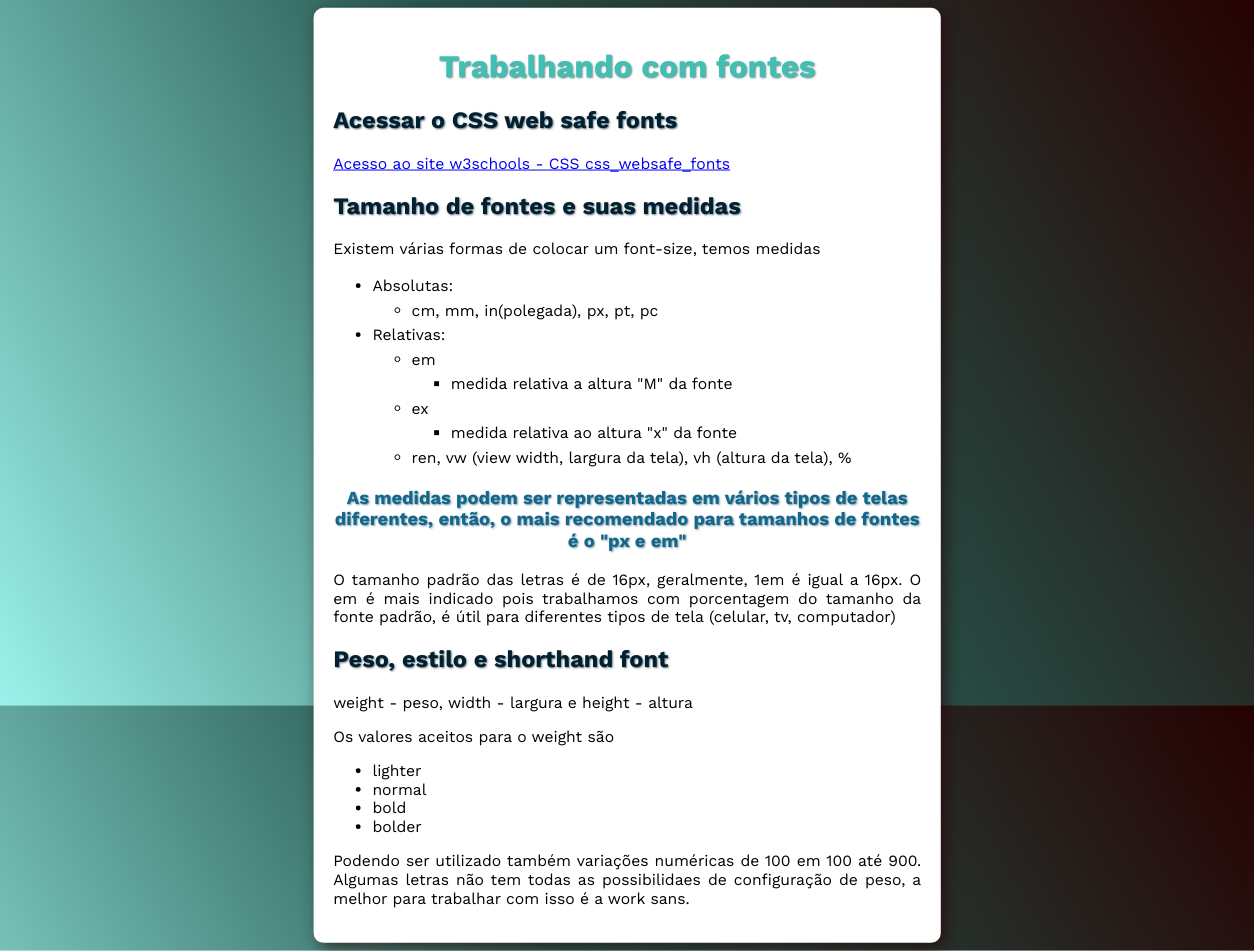
Repository: Willcmorais/vscode-workspace
Page: html-css/curso-em-video/modulo02/estudos/ex022-trab-fontes/fontes.html
The author's editor kept a copy of each file at every save. The page is drawn from the files as they stood at one save, then again after a run of saves.
The browser window is 1280 px wide. The pictures show the whole page, at 98% of full size.
Backgrounds fixed to the window are drawn as part of the page.

Above is the page before, as saved 2024-09-18 21:05:35.

After the next 2 saves:
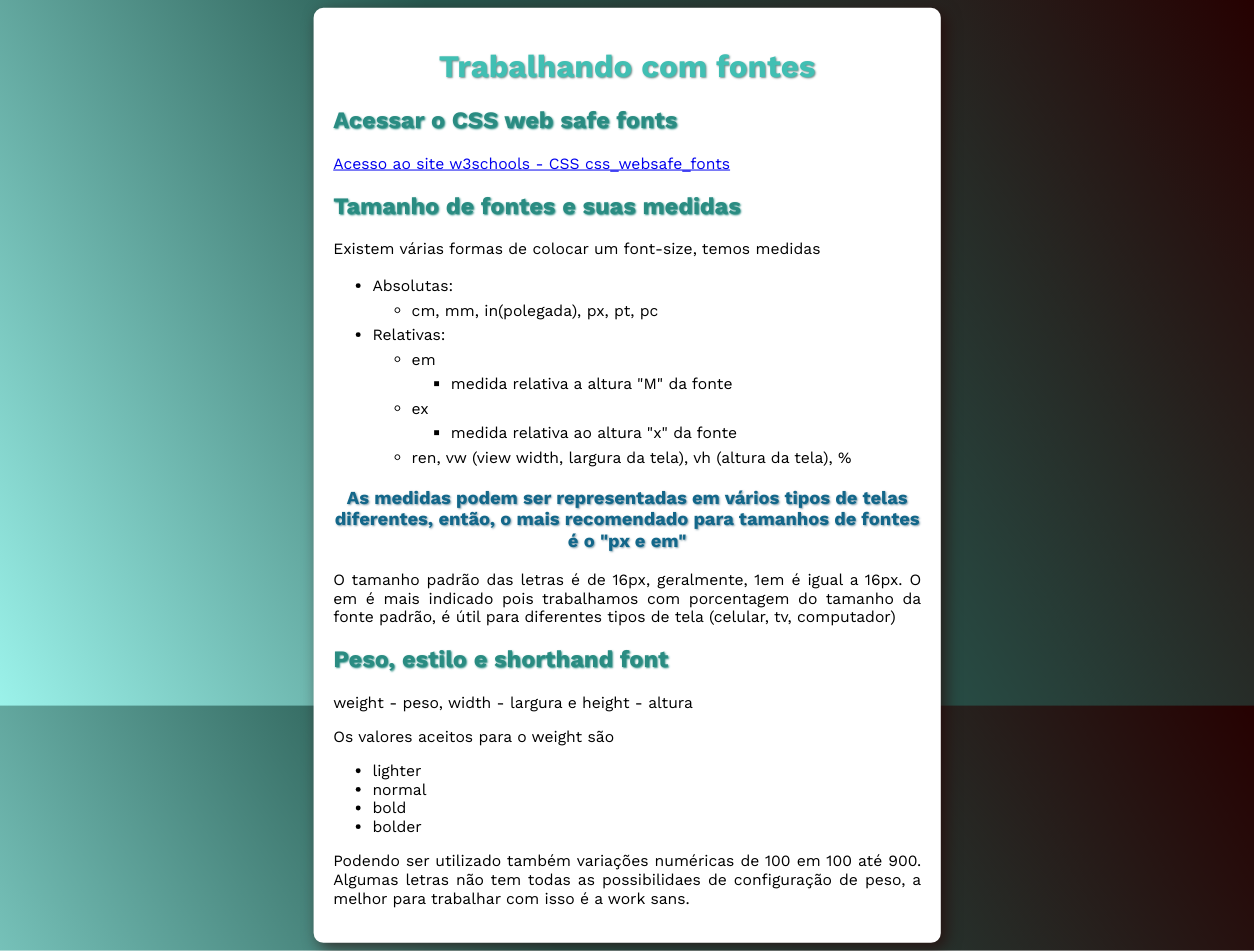
The 2 saves are shown as one change because they came seconds apart.
The last was saved 33 s later.
--- a/html-css/curso-em-video/modulo02/estudos/ex022-trab-fontes/style.css
+++ b/html-css/curso-em-video/modulo02/estudos/ex022-trab-fontes/style.css
@@ -39,8 +39,8 @@ h1 {
 }
 
 h2 {
-    color: #012030;
-    text-shadow: 1px 1px 2px #01203094;
+    color: #2A8C82;
+    text-shadow: 1px 1px 2px #2A8C82;
 }
 
 h3 {
